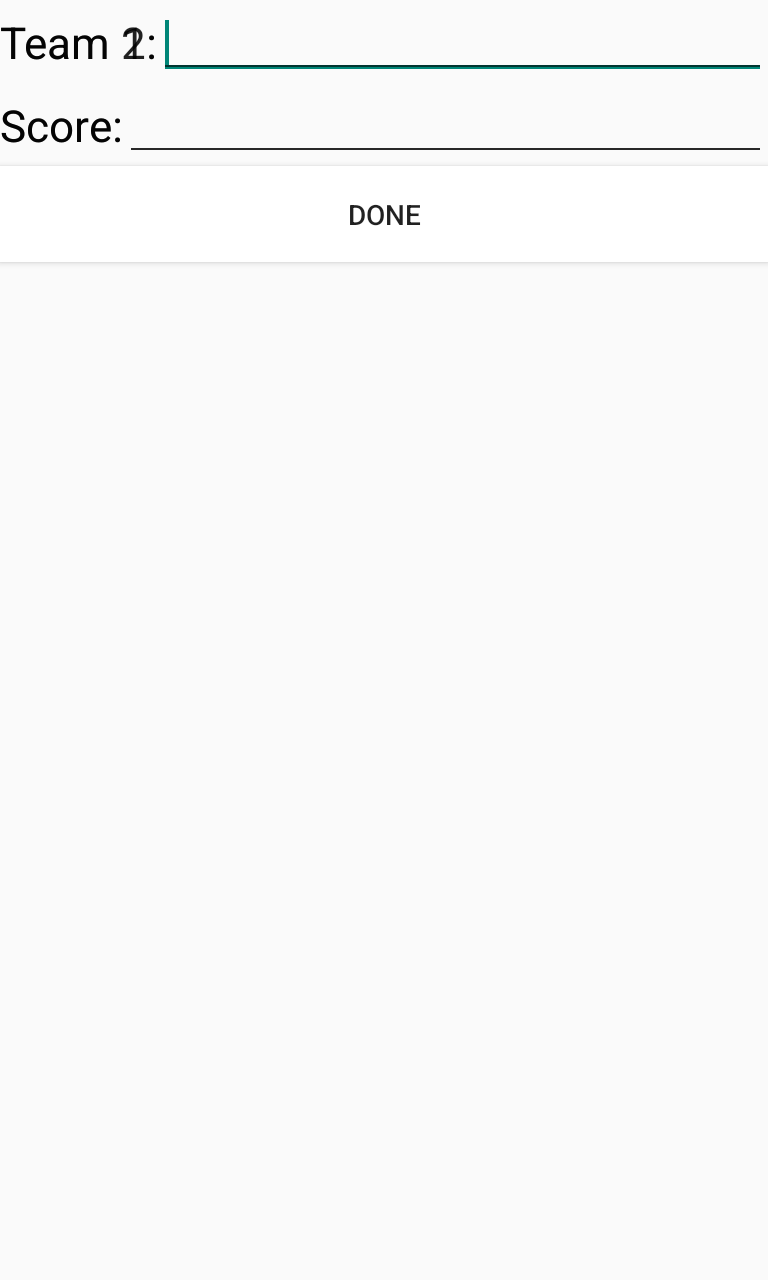
Repository: charlesweng/school
Layout: simpleandroidapps/GettingToKnowUIActivities/charleswengScoringProject/charleswengScoring/res/layout/fragment_teamdialog.xml
The author's editor kept a copy of each file at every save. The layout is drawn from the files as they stood at one save, then again after the next save.
It is drawn on a 768 x 1280 px phone screen (xhdpi) without system bars, with theme AppTheme; the app's code is not run.

Above is the layout before, as saved 2014-04-26 08:52:52.

### simpleandroidapps/GettingToKnowUIActivities/charleswengScoringProject/charleswengScoring/res/layout/fragment_teamdialog.xml
<?xml version="1.0" encoding="utf-8"?>
<RelativeLayout xmlns:android="http://schemas.android.com/apk/res/android"
    android:layout_width="match_parent"
    android:layout_height="match_parent"
    android:orientation="vertical" >

    <TextView
        android:id="@+id/team1name"
        android:layout_width="wrap_content"
        android:layout_height="wrap_content"
        android:layout_alignParentTop="true"
        android:layout_alignParentLeft="true"
        android:layout_alignBaseline="@+id/editTeam1"
        android:text="@string/team_1_edit"
        android:textAppearance="?android:attr/textAppearanceLarge" />

    <TextView
        android:id="@+id/team2name"
        android:layout_width="wrap_content"
        android:layout_height="wrap_content"
        android:layout_below="@+id/team1score"
        android:layout_alignBaseline="@+id/editTeam2"
        android:layout_alignParentLeft="true"
        android:text="@string/team_2_edit"
        android:textAppearance="?android:attr/textAppearanceLarge" />

    <TextView
        android:id="@+id/team1score"
        android:layout_width="wrap_content"
        android:layout_height="wrap_content"
        android:layout_below="@+id/team1name"
        android:layout_alignBaseline="@+id/editScore1"
        android:layout_alignParentLeft="true"
        android:text="@string/score"
        android:textAppearance="?android:attr/textAppearanceLarge" />

    <TextView
        android:id="@+id/team2score"
        android:layout_width="wrap_content"
        android:layout_height="wrap_content"
        android:layout_below="@+id/team2name"
        android:layout_alignBaseline="@+id/editScore2"
        android:layout_alignParentLeft="true"
        android:text="@string/score"
        android:textAppearance="?android:attr/textAppearanceLarge" />

    <EditText
        android:id="@+id/editTeam1"
        android:layout_width="fill_parent"
        android:layout_height="wrap_content"
        android:layout_alignParentRight="true"
        android:layout_alignParentTop="true"
        android:layout_toRightOf="@+id/team1name"
        android:inputType="text"
        android:ems="10" >
        <requestFocus />
    </EditText>

    <EditText
        android:id="@+id/editTeam2"
        android:layout_width="fill_parent"
        android:layout_height="wrap_content"
        android:layout_alignParentRight="true"
        android:layout_below="@+id/editTeamScore1"
        android:layout_toRightOf="@+id/team2name"
        android:inputType="text"
        android:ems="10" >
    </EditText>

    <EditText
        android:id="@+id/editScore1"
        android:layout_width="fill_parent"
        android:layout_height="wrap_content"
        android:layout_alignParentRight="true"
        android:layout_below="@+id/editTeam1"
        android:layout_toRightOf="@+id/team1score"
        android:inputType="number"
        android:ems="10" >
    </EditText>

    <EditText
        android:id="@+id/editScore2"
        android:layout_width="fill_parent"
        android:layout_height="wrap_content"
        android:layout_alignParentRight="true"
        android:layout_below="@+id/editTeam2"
        android:layout_toRightOf="@+id/team2score"
        android:inputType="number"
        android:ems="10" >
    </EditText>

    <Button
        android:id="@+id/button1"
        android:layout_width="fill_parent"
        android:layout_height="wrap_content"
        android:layout_below="@+id/editScore2"
        android:layout_centerHorizontal="true"
        android:text="@string/done"
        android:background="#FFF"/>

</RelativeLayout>

### simpleandroidapps/GettingToKnowUIActivities/charleswengScoringProject/charleswengScoring/res/values/strings.xml
<?xml version="1.0" encoding="utf-8"?>
<resources>

    <string name="app_name">charleswengScoring</string>
    <string name="hello_world">Hello world!</string>
    <string name="action_settings">Settings</string>
    <string name="enter_date">Enter Date</string>
    <string name="date">Date</string>
    <string name="enter_game">Enter Game</string>
    <string name="team_1">Team 1</string>
    <string name="team_2">Team 2</string>
    <string name="team_1_edit">Team 1:</string>
    <string name="team_2_edit">Team 2:</string>
    <string name="zero">0</string>
    <string name="next_game">Next Game</string>
    <string name="title_activity_date_picker">DatePicker</string>
	<string name="done">Done</string>
	<string name="score">Score:</string>
</resources>

Loaded but not shown: simpleandroidapps/GettingToKnowUIActivities/charleswengScoringProject/charleswengScoring/res/values/styles.xml (common file); simpleandroidapps/GettingToKnowUIActivities/charleswengScoringProject/charleswengScoring/res/values-v11/styles.xml (common file); simpleandroidapps/GettingToKnowUIActivities/charleswengScoringProject/charleswengScoring/res/values-v14/styles.xml (common file)

After the next save:
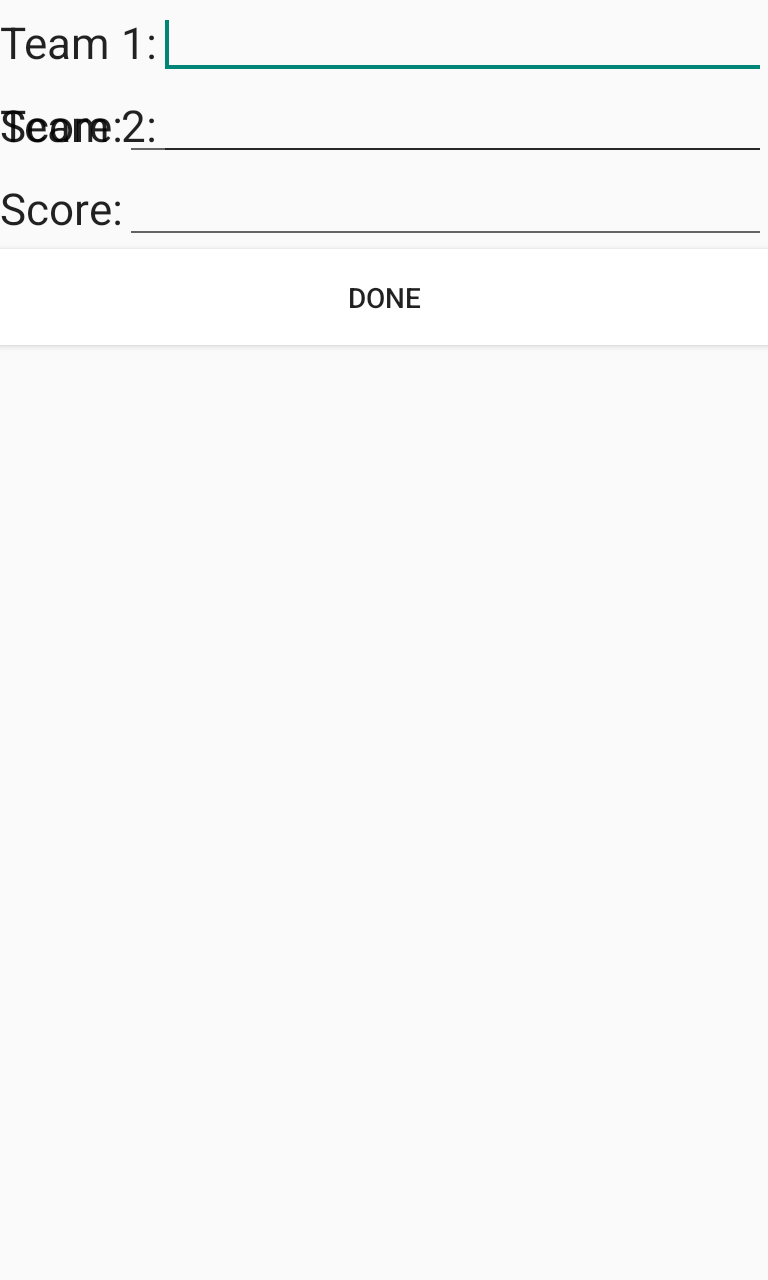
Saved 11 s later.
--- a/simpleandroidapps/GettingToKnowUIActivities/charleswengScoringProject/charleswengScoring/res/layout/fragment_teamdialog.xml
+++ b/simpleandroidapps/GettingToKnowUIActivities/charleswengScoringProject/charleswengScoring/res/layout/fragment_teamdialog.xml
@@ -61,7 +61,7 @@
         android:layout_width="fill_parent"
         android:layout_height="wrap_content"
         android:layout_alignParentRight="true"
-        android:layout_below="@+id/editTeamScore1"
+        android:layout_below="@+id/editTeam1"
         android:layout_toRightOf="@+id/team2name"
         android:inputType="text"
         android:ems="10" >
